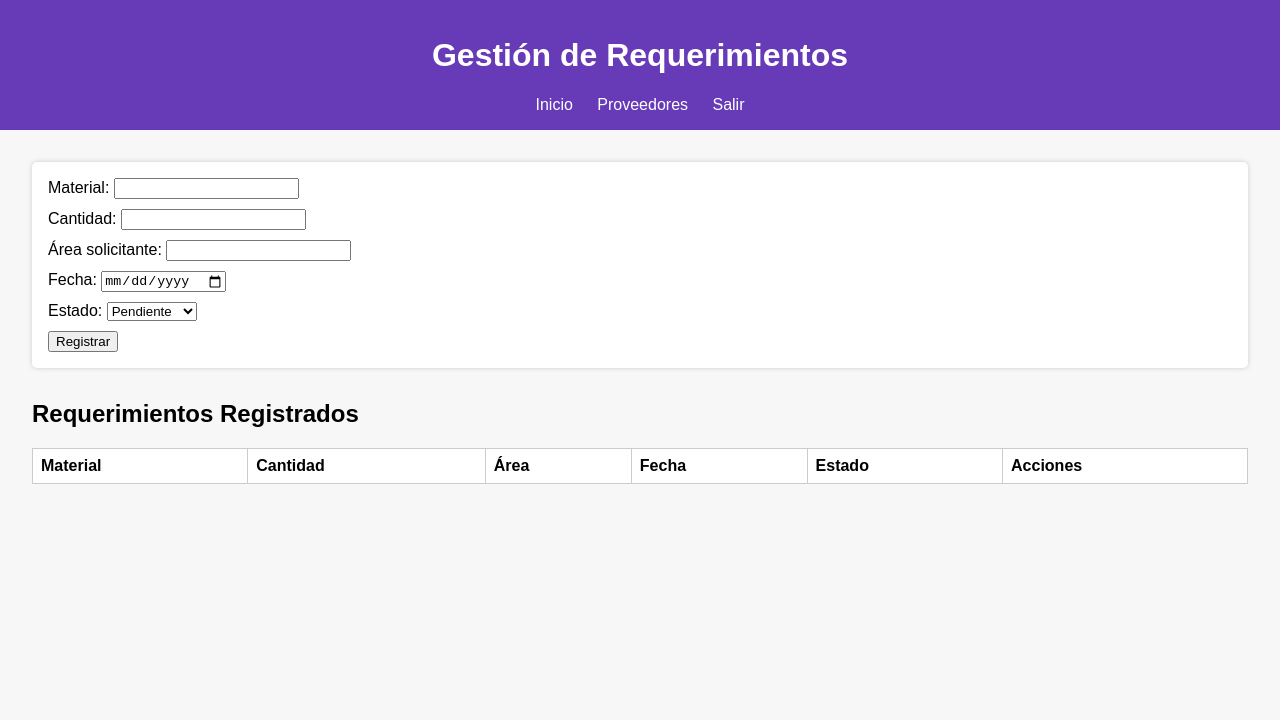
Repository: djkeviin/Mi-primera-chamba
Page: views/requerimientos.html
An editor plug-in stored every save of this project. The page is shown before and after the next save, followed by the edit.
The browser window is 1280 px wide. The pictures show the whole page.

Above is the page before, as saved 2025-05-01 22:50:35.

### views/requerimientos.html
<!DOCTYPE html>
<html lang="es">
<head>
  <meta charset="UTF-8">
  <title>Gestión de Requerimientos</title>
  <link rel="stylesheet" href="../css/requerimientos.css">
</head>
<body>
  <header>
    <h1>Gestión de Requerimientos</h1>
    <nav>
      <a href="dashboard.html">Inicio</a>
      <a href="proveedores.html">Proveedores</a>
      <a href="../index.html">Salir</a>
    </nav>
  </header>

  <main>
    <form id="formRequerimiento">
        <label>Material:
          <input type="text" id="material" name="material" required>
        </label>
        <label>Cantidad:
          <input type="number" id="cantidad" name="cantidad" required>
        </label>
        <label>Área solicitante:
          <input type="text" id="area" name="area" required>
        </label>
        <label>Fecha:
          <input type="date" id="fecha" name="fecha" required>
        </label>
        <label>Estado:
          <select id="estado" name="estado" required>
            <option value="pendiente">Pendiente</option>
            <option value="aprobado">Aprobado</option>
            <option value="rechazado">Rechazado</option>
          </select>
        </label>
        <button type="submit">Registrar</button>
      </form>

      <div id="mensajeExito" class="mensaje-exito" style="display: none;"></div>
        <a href="ordenes.html" id="btnSiguiente" style="display: none;">Siguiente: Orden de Compra</a>

    <section class="lista">
      <h2>Requerimientos Registrados</h2>
      <table>
        <thead>
          <tr>
            <th>Material</th>
            <th>Cantidad</th>
            <th>Área</th>
            <th>Fecha</th>
            <th>Estado</th>
            <th>Acciones</th>
          </tr>
        </thead>
        <tbody id="tablaRequerimientos">
          <!-- Requerimientos dinámicos -->
        </tbody>
      </table>
    </section>
  </main>

  <script src="../js/requerimientos.js"></script>
</body>
</html>

### css/requerimientos.css
body {
    font-family: Arial, sans-serif;
    margin: 0;
    padding: 0;
    background: #f7f7f7;
  }

  header {
    background: #673ab7;
    color: white;
    padding: 1em;
    text-align: center;
  }

  nav a {
    color: white;
    margin: 0 10px;
    text-decoration: none;
  }

  main {
    padding: 2em;
  }

  form {
    background: white;
    padding: 1em;
    border-radius: 5px;
    box-shadow: 0 0 5px #ccc;
    margin-bottom: 2em;
  }

  label {
    display: block;
    margin-bottom: 10px;
  }

  table {
    width: 100%;
    border-collapse: collapse;
    background: white;
  }

  th, td {
    border: 1px solid #ccc;
    padding: 0.5em;
    text-align: left;
  }

### js/requerimientos.js
document.addEventListener("DOMContentLoaded", function () {
    mostrarRequerimientos(); // Cargar requerimientos al iniciar

    document.getElementById("formRequerimiento").addEventListener("submit", function (e) {
      e.preventDefault();

      const material = document.getElementById("material").value;
      const cantidad = document.getElementById("cantidad").value;
      const area = document.getElementById("area").value;
      const fecha = document.getElementById("fecha").value;
      const estado = document.getElementById("estado").value;

      const nuevoRequerimiento = {
        material,
        cantidad,
        area,
        fecha,
        estado
      };

      let requerimientos = JSON.parse(localStorage.getItem("requerimientos")) || [];
      requerimientos.push(nuevoRequerimiento);
      localStorage.setItem("requerimientos", JSON.stringify(requerimientos));

      alert("Requerimiento registrado con éxito");
      this.reset();
      mostrarRequerimientos();
    });
  });

  function mostrarRequerimientos() {
    const tabla = document.getElementById("tablaRequerimientos");
    tabla.innerHTML = "";

    const requerimientos = JSON.parse(localStorage.getItem("requerimientos")) || [];

    requerimientos.forEach((req, index) => {
      const fila = document.createElement("tr");

      fila.innerHTML = `
        <td>${req.material}</td>
        <td>${req.cantidad}</td>
        <td>${req.area}</td>
        <td>${req.fecha}</td>
        <td>${req.estado}</td>
        <td>
          <button onclick="eliminarRequerimiento(${index})">Eliminar</button>
        </td>
      `;

      tabla.appendChild(fila);
    });
  }

  function eliminarRequerimiento(index) {
    let requerimientos = JSON.parse(localStorage.getItem("requerimientos")) || [];
    requerimientos.splice(index, 1);
    localStorage.setItem("requerimientos", JSON.stringify(requerimientos));
    mostrarRequerimientos();
  }

After the next save:
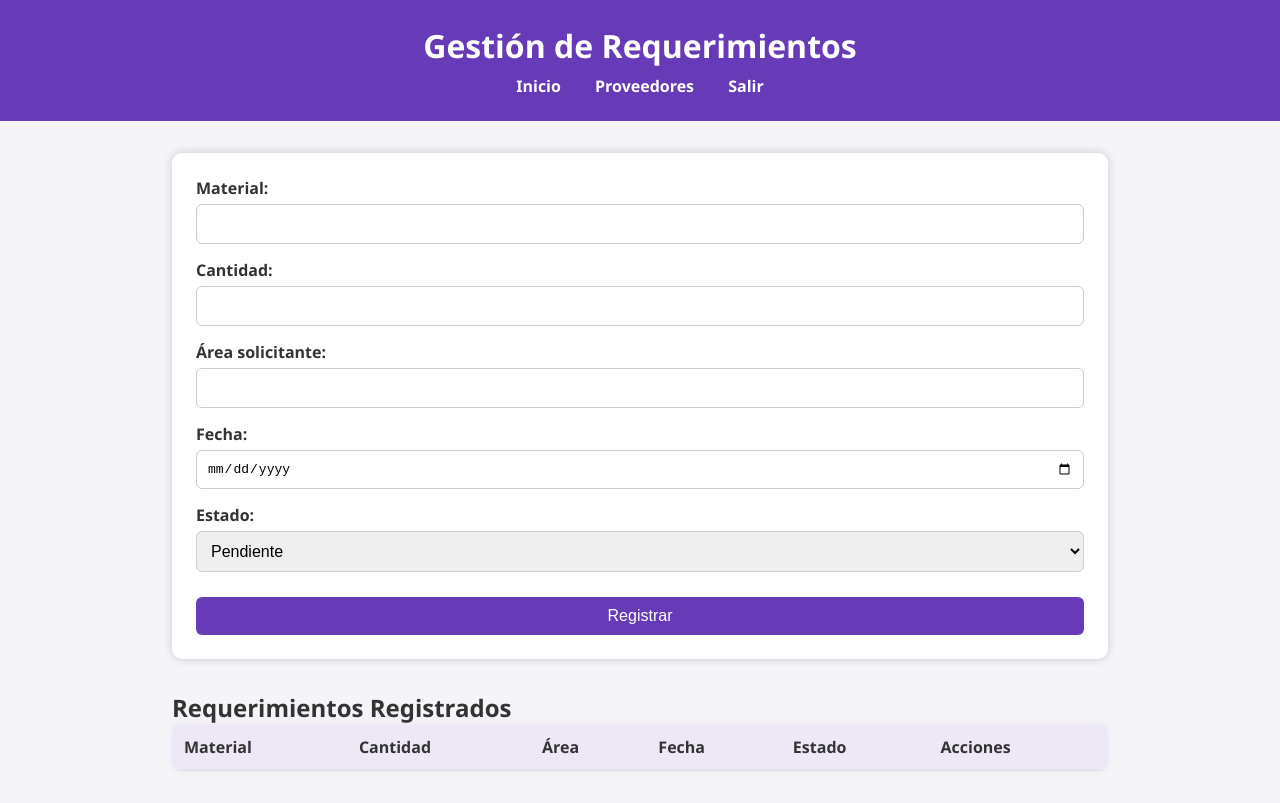
Saved 54 s later.
--- a/css/requerimientos.css
+++ b/css/requerimientos.css
@@ -1,48 +1,141 @@
-body {
-    font-family: Arial, sans-serif;
+/* Reset básico */
+* {
+    box-sizing: border-box;
     margin: 0;
     padding: 0;
-    background: #f7f7f7;
   }
 
+  /* Estilo general */
+  body {
+    font-family: 'Segoe UI', sans-serif;
+    background: #f4f4f9;
+    color: #333;
+  }
+
+  /* Encabezado */
   header {
-    background: #673ab7;
+    background-color: #673ab7;
     color: white;
-    padding: 1em;
+    padding: 1.5em;
     text-align: center;
+  }
+
+  nav {
+    margin-top: 0.5em;
   }
 
   nav a {
     color: white;
-    margin: 0 10px;
+    margin: 0 15px;
     text-decoration: none;
+    font-weight: bold;
   }
 
+  nav a:hover {
+    text-decoration: underline;
+  }
+
+  /* Contenido principal */
   main {
     padding: 2em;
+    max-width: 1000px;
+    margin: auto;
   }
 
+  /* Formulario */
   form {
-    background: white;
-    padding: 1em;
-    border-radius: 5px;
-    box-shadow: 0 0 5px #ccc;
+    background-color: white;
+    padding: 1.5em;
+    border-radius: 10px;
+    box-shadow: 0 0 10px #ccc;
     margin-bottom: 2em;
   }
 
-  label {
+  form label {
     display: block;
-    margin-bottom: 10px;
+    margin-bottom: 15px;
+    font-weight: bold;
   }
 
+  form input,
+  form select,
+  form button {
+    width: 100%;
+    padding: 10px;
+    margin-top: 5px;
+    border: 1px solid #ccc;
+    border-radius: 6px;
+    font-size: 1em;
+  }
+
+  form button {
+    background-color: #673ab7;
+    color: white;
+    border: none;
+    cursor: pointer;
+    margin-top: 10px;
+  }
+
+  form button:hover {
+    background-color: #5e35b1;
+  }
+
+  /* Tabla */
   table {
     width: 100%;
     border-collapse: collapse;
     background: white;
+    border-radius: 8px;
+    box-shadow: 0 0 8px rgba(0, 0, 0, 0.05);
+    overflow: hidden;
+  }
+
+  thead {
+    background-color: #ede7f6;
   }
 
   th, td {
-    border: 1px solid #ccc;
-    padding: 0.5em;
     text-align: left;
+    padding: 12px;
+    border-bottom: 1px solid #ddd;
   }
+
+  tr:hover {
+    background-color: #f1f1f1;
+  }
+
+  button {
+    padding: 6px 12px;
+    background-color: #e53935;
+    color: white;
+    border: none;
+    border-radius: 5px;
+    cursor: pointer;
+  }
+
+  button:hover {
+    background-color: #c62828;
+  }
+
+  .mensaje-exito {
+    background-color: #d4edda;
+    color: #155724;
+    padding: 10px;
+    margin: 10px 0;
+    border: 1px solid #c3e6cb;
+    border-radius: 5px;
+  }
+
+  #btnSiguiente {
+    display: inline-block;
+    margin-top: 10px;
+    padding: 10px 15px;
+    background-color: #007bff;
+    color: white;
+    text-decoration: none;
+    border-radius: 5px;
+  }
+
+  #btnSiguiente:hover {
+    background-color: #0056b3;
+  }
